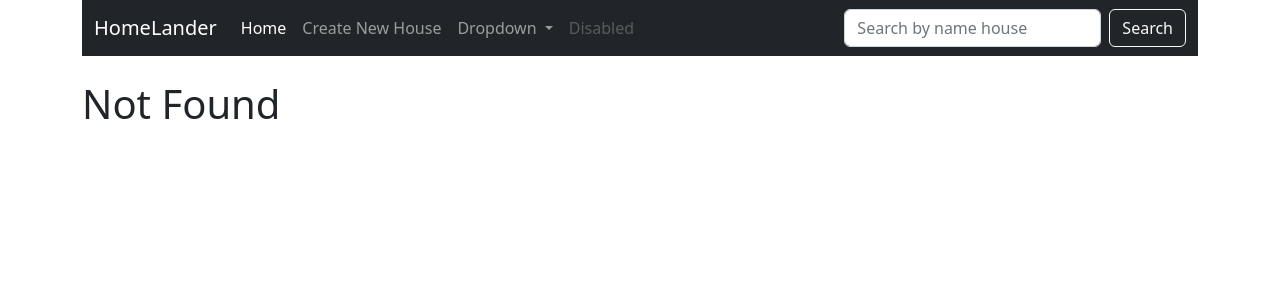
Repository: nguyenhung50497/MD3_caseStudy
Page: src/views/error/notfound.html
An editor plug-in stored every save of this project. The page is shown before and after the next save, followed by the edit.
The browser window is 1280 px wide. The pictures show the whole page.

Above is the page before, as saved 2023-01-03 17:20:42.

After the next save:
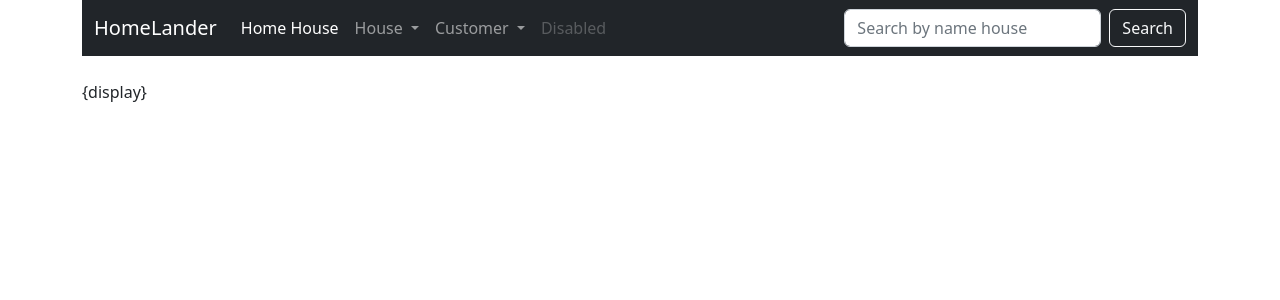
Saved 2 h 55 min later.
--- a/src/views/error/notfound.html
+++ b/src/views/error/notfound.html
@@ -10,25 +10,34 @@
     <div class="container" style="width: 90%;">
       <nav class="navbar navbar-dark bg-dark navbar-expand-lg">
         <div class="container-fluid">
-          <a class="navbar-brand" href="/home">HomeLander</a>
+          <a class="navbar-brand" href="/house/home">HomeLander</a>
           <button class="navbar-toggler" type="button" data-bs-toggle="collapse" data-bs-target="#navbarSupportedContent" aria-controls="navbarSupportedContent" aria-expanded="false" aria-label="Toggle navigation">
             <span class="navbar-toggler-icon"></span>
           </button>
           <div class="collapse navbar-collapse" id="navbarSupportedContent">
             <ul class="navbar-nav me-auto mb-2 mb-lg-0">
               <li class="nav-item">
-                <a class="nav-link active" aria-current="page" href="/home">Home</a>
-              </li>
-              <li class="nav-item">
-                <a class="nav-link" href="/house/create">Create New House</a>
+                <a class="nav-link active" aria-current="page" href="/house/home">Home House</a>
               </li>
               <li class="nav-item dropdown">
                 <a class="nav-link dropdown-toggle" href="#" role="button" data-bs-toggle="dropdown" aria-expanded="false">
-                  Dropdown
+                  House
                 </a>
                 <ul class="dropdown-menu">
-                  <li><a class="dropdown-item" href="#">Action</a></li>
-                  <li><a class="dropdown-item" href="#">Another action</a></li>
+                  <li><a class="dropdown-item" href="/house/create">Create New House</a></li>
+                  <li><a class="dropdown-item" href="/house/home">Search House</a></li>
+                  <li><hr class="dropdown-divider"></li>
+                  <li><a class="dropdown-item" href="#">Something else here</a></li>
+                </ul>
+              </li>
+              <li class="nav-item dropdown">
+                <a class="nav-link dropdown-toggle" href="#" role="button" data-bs-toggle="dropdown" aria-expanded="false">
+                  Customer
+                </a>
+                <ul class="dropdown-menu">
+                  <li><a class="dropdown-item" href="/customer/home">All Customer</a></li>
+                  <li><a class="dropdown-item" href="/customer/create">Create New Customer</a></li>
+                  <li><a class="dropdown-item" href="/customer/home">Search Customer</a></li>
                   <li><hr class="dropdown-divider"></li>
                   <li><a class="dropdown-item" href="#">Something else here</a></li>
                 </ul>
@@ -45,7 +54,9 @@
         </div>
       </nav>
       <br>
-      <h1>Not Found</h1>
+      <table class="table table-primary table-striped-columns" style="text-align: center;">
+        {display}
+      </table>
     </div>
     <script src="https://cdn.jsdelivr.net/npm/bootstrap@5.2.3/dist/js/bootstrap.bundle.min.js" integrity="sha384-kenU1KFdBIe4zVF0s0G1M5b4hcpxyD9F7jL+jjXkk+Q2h455rYXK/7HAuoJl+0I4" crossorigin="anonymous"></script>
   </body>
